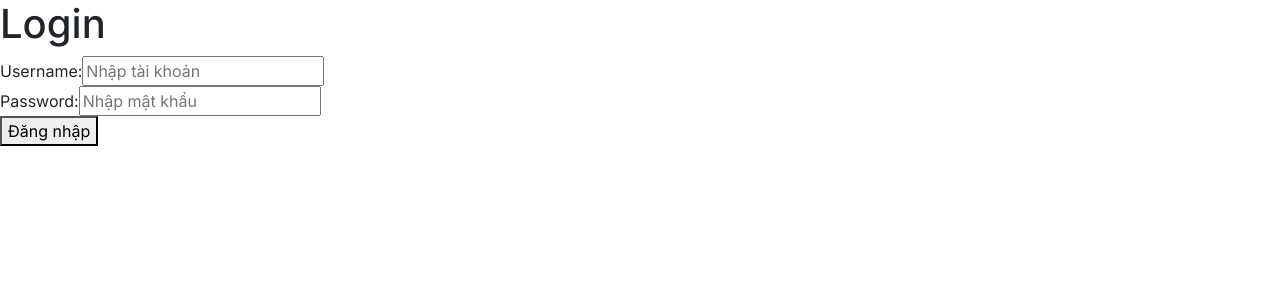
Repository: nghiakma/RFID-RFID-Attendance-System-using-ESP32-Nodejs-Reactjs-Nextjs-
Page: / (app in attendance/)
An editor plug-in stored every save of this project. The page is shown before and after the next save, followed by the edit.
The browser window is 1280 px wide. The pictures show the whole page.
The page's requests for data from a server got no answer. The project was rebuilt for these pictures with package versions that can differ from the ones it lists, and the page was loaded fresh each time. The framework's server and built-in components were replaced by stand-ins that run in the browser. No one was signed in, and anything a server would have sent is missing. Also part of the build but not shown: attendance/next.config.js, attendance/src/styles/home-page.module.css, attendance/src/styles/tab-home.module.css, attendance/src/pages/api/convert-time.js, attendance/src/pages/api/networking.js, attendance/src/pages/tab-home.js, attendance/src/styles/tab-history.module.css, attendance/src/pages/tab-history.js and 6 more.

Above is the page before, as saved 2023-12-21 14:44:34.

### attendance/src/pages/index.js
import {useEffect, useState} from 'react';
import { Inter } from 'next/font/google';
import 'bootstrap/dist/css/bootstrap.min.css';
import HomePage from './home-page.js';
import Login from './login-page.js'
import { BrowserRouter as Router,Routes, Route } from 'react-router-dom'
const inter = Inter({ subsets: ['latin'] })

export default function Home() {
  const [loginSuccess, setLoginSucsess] = useState(false);
  const handleLogin = (isSuccess) => {
    setLoginSucsess(isSuccess);
  }
  useEffect(() => {
    import('bootstrap/dist/js/bootstrap.min.js');
  }, []);
  return (
    <main className={inter.className}>
      {/* <Router>
        <Routes>
          <Route path='/home' element={<HomePage />}/>
          <Route path='/login' element={<Login />}/>
        </Routes>
      </Router> */}
      {
        loginSuccess ? <HomePage/> : <Login/>
      }
    </main>
  )
}

### attendance/src/pages/login-page.js
import React from "react";
import styles from '../styles/login-page.module.css'
import { FontAwesomeIcon } from '@fortawesome/react-fontawesome'
const Login = () => {

    return (
        <div className={styles.loginBackground}>
            <div className="login-container">
                <div className="login-content">
                    <h1 className="login-title">Login</h1>
                    <div className="login-handle">
                        <div className="login-form">
                            <label>Username: </label>
                            <input type="email" className="form-input" placeholder="Nhập tài khoản"/>
                        </div>
                        <div className="login-form">
                            <label>Password: </label>
                            <input type="password" className="form-input" placeholder="Nhập mật khẩu"/>
                        </div>
                        <div className="login-button">
                            <button className="login-btn">Đăng nhập</button>
                        </div>
                    </div>
                </div>
            </div>
        </div>
    )
}

export default Login

After the next save:
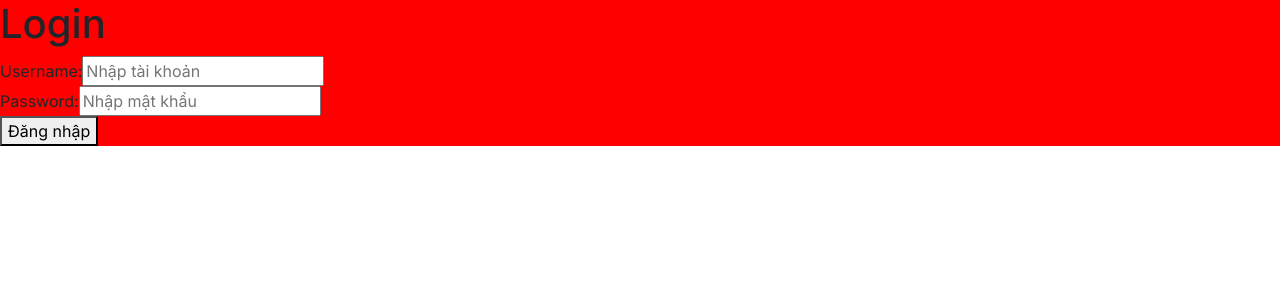
Saved 42 s later.
--- a/attendance/src/pages/login-page.js
+++ b/attendance/src/pages/login-page.js
@@ -4,7 +4,10 @@ import { FontAwesomeIcon } from '@fortawesome/react-fontawesome'
 const Login = () => {
 
     return (
-        <div className={styles.loginBackground}>
+        <div
+            style={{
+                backgroundColor: 'red'
+            }}>
             <div className="login-container">
                 <div className="login-content">
                     <h1 className="login-title">Login</h1>
